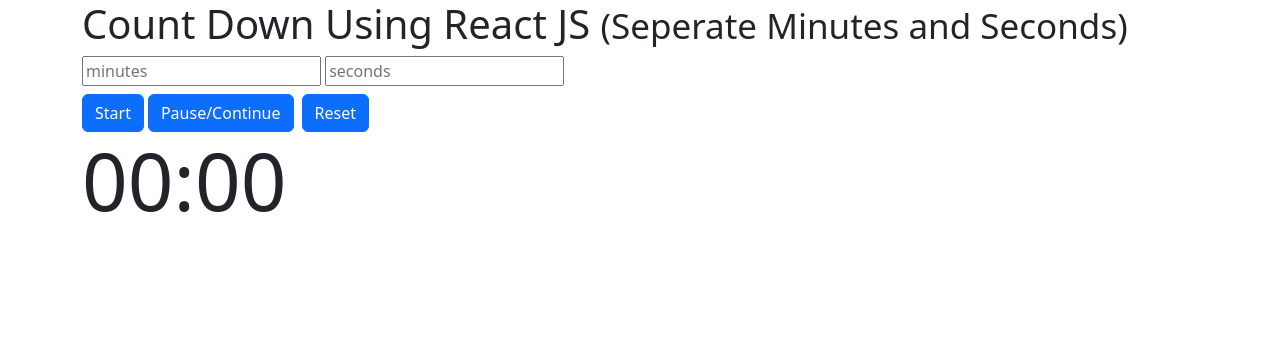
Repository: maheshdama13/reactjs-count-down
Page: /
These files come from the project's save history. The page is drawn as it stood at one moment and after the next save; the edit follows.
The browser window is 1280 px wide. The pictures show the whole page.
The project was rebuilt for these pictures with package versions that can differ from the ones it lists, and the page was loaded fresh each time. Also part of the build but not shown: src/App.css.

Above is the page before, as saved 2022-07-01 02:22:29.

### src/App.js
import logo from './logo.svg';
import './App.css';
import CountDown from './components/CountDown';

function App() {
  return (
    <CountDown />
  );
}

export default App;

### src/components/CountDown.js
import React, {useState, useEffect, useRef} from 'react'

export default function CountDown() {
  const [timer, setTimer] = useState(0);
  const [formattedTimer, setFormattedTimer] = useState("00:00");
  const [isTimerRunning, setIsTimerRunning] = useState(0);

  const formData = useRef(null)

  useEffect(() => {
    let interval = 0;
    if(isTimerRunning === 1) {
      interval = setInterval(() => {
        if(timer > 0)
          setTimer(timer-1);
        }, 1000);
      }


    setFormattedTimer(formatTimer(timer))
    return () => clearInterval(interval);
  }, [timer, isTimerRunning]);

  const formatTimer = (timeData) => {
    let m = Math.floor(timeData % 3600 / 60);
    m = (m<=9) ? '0'+m : m;
    let s = Math.floor(timeData % 3600 % 60);
    s = (s<=9) ? '0'+s : s;
    return m+':'+s;
  }

  const startHandler = () => {
    setIsTimerRunning(1);
    const form = formData.current
    let minutes = form['minutes'].value;
    let seconds = form['seconds'].value;
    let timerVal = Number(minutes*60) + Number(seconds);
    setTimer(timerVal);
  }

  const pauseHandler = () => {
    setIsTimerRunning(prevState => {
      if(prevState === 1) {
        return 0
      } else {
        return 1;
      }
    });
  }

  const resetHandler = () => {
    formData.current.reset();
    setIsTimerRunning(0);
    setTimer(0);
  }

  return (
    <div className='container'>
    <h1>Count Down Using React JS <small>(Seperate Minutes and Seconds)</small></h1>
      <form ref={formData}>
        <div class="d-flex">
          <input className=' d-inline' name='minutes' type="number" placeholder='minutes' />&nbsp;
          <input className=' d-inline' name='seconds' type="number" placeholder='seconds' />&nbsp;
        </div>
        <div className='mt-2'>
          <button type="button" className='btn btn-primary mr-1' onClick={startHandler}>Start</button>
          <button type="button" className='btn btn-primary mx-1' onClick={pauseHandler}>Pause/Continue</button>
          <button type="button" className='btn btn-primary mx-1' onClick={resetHandler}>Reset</button>
        </div>
      </form>


      <h1 className='display-1'>{formattedTimer}</h1>
    </div>
  )
}

Loaded but not shown: public/index.html (common file); src/index.js (common file); src/index.css (common file); src/reportWebVitals.js (common file)

After the next save:
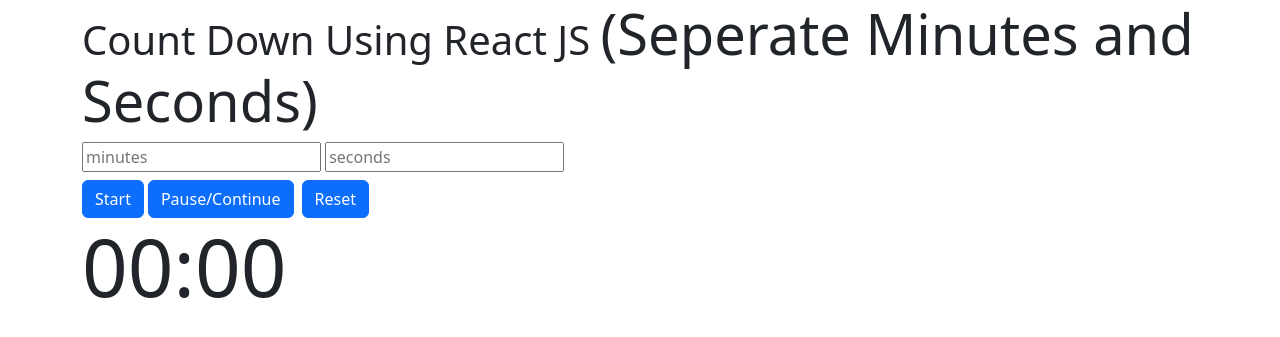
Saved 15 s later.
--- a/src/components/CountDown.js
+++ b/src/components/CountDown.js
@@ -56,7 +56,7 @@
 
   return (
     <div className='container'>
-    <h1>Count Down Using React JS <small>(Seperate Minutes and Seconds)</small></h1>
+    <h1>Count Down Using React JS <small className='display-4'>(Seperate Minutes and Seconds)</small></h1>
       <form ref={formData}>
         <div class="d-flex">
           <input className=' d-inline' name='minutes' type="number" placeholder='minutes' />&nbsp;
